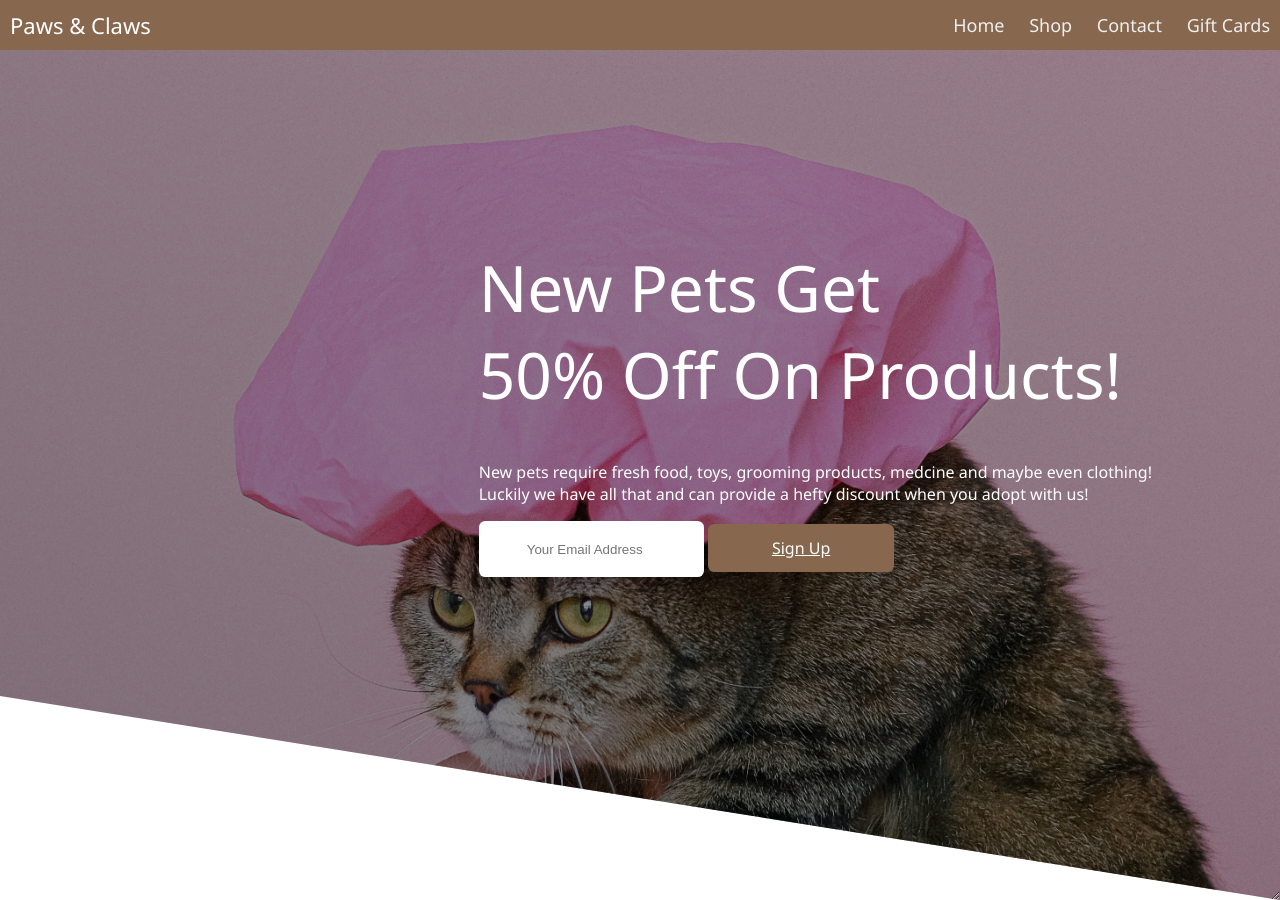
Repository: LtGriff/petProject
Page: dist/about.html
These files come from the project's save history. The page is drawn as it stood at one moment and after the next save; the edit follows.
The browser window is 1280 px wide. The pictures show the whole page.
Backgrounds fixed to the window are drawn as part of the page.

Above is the page before, as saved 2022-05-19 08:01:25.

### dist/about.html
<!DOCTYPE html>
<html lang="en">
<head>
    <meta charset="UTF-8">
    <meta http-equiv="X-UA-Compatible" content="IE=edge">
    <meta name="viewport" content="width=device-width, initial-scale=1.0">
    <link rel="stylesheet" type="text/css" href="../CSS/about.css">
    <title>About the Animal House</title>
</head>
<body>
<!-------------NAV***************BAR----------------------->

    <div class="nav">
        <input type="checkbox" id="nav-check">
        <div class="nav-header">
          <div class="nav-title">
            Paws & Claws
          </div>
        </div>
        <div class="nav-btn">
          <label for="nav-check">
            <span></span>
            <span></span>
            <span></span>
          </label>
        </div>

        <div class="nav-links">
          <a href="index.html" target="">Home</a>
          <a href="shop.html" target="_blank">Shop</a>
          <a href="contact.html" target="_blank">Contact</a>
          <a href="giftcard.html" target="_blank">Gift Cards</a>
        </div>
      </div>

    <!-------------NAV*******BAR********END----------------------->


 <!------------------HEADER*******SECTION---------------------->


 <div class="dogfield"></div>

 <header id="header-section">
  <div class="header-text container">
      <h1>New Pets Get <br> 50%  Off On Products!</h1>
      <p>
         New pets require fresh food, toys, grooming products, medcine and maybe even clothing!<br> Luckily we have all that and can provide a hefty discount when you adopt with us!
      </p>
      <input id="userInput" type="email" placeholder="Your Email Address" required>
      <a class="cta" href="#">Sign Up</a>
      <p id="error">Please provide a valid email address</p>
  </div>
</header>










</body>
</html>

### dist/CSS/about.css
/** NAV BAR **/

* {
    box-sizing: border-box;
  }

  body {
    margin: 0px;
    font-family: 'segoe ui';
  }

  .nav {
    height: 50px;
    width: 100%;
    background-color: #87684e;

  /**
    opacity: .5;
    filter: alpha(opacity=50);
    position: relative;**/
    /* z-index: ; */


    box-shadow:
    0 2.8px 2.2px rgba(0, 0, 0, 0.034),
    0 6.7px 5.3px rgba(0, 0, 0, 0.048),
    0 12.5px 10px rgba(0, 0, 0, 0.06),
    0 22.3px 17.9px rgba(11, 4, 4, 0.072),
    0 41.8px 33.4px rgba(0, 0, 0, 0.086),
    0 100px 80px rgba(0, 0, 0, 0.12);
  }

  .nav > .nav-header {
    display: inline;
  }

  .nav > .nav-header > .nav-title {
    display: inline-block;
    font-size: 22px;
    color: #fff;
    padding: 10px 10px 10px 10px;
  }

  .nav > .nav-btn {
    display: none;
  }

  .nav > .nav-links {
    display: inline;
    float: right;
    z-index: 9;
    font-size: 18px;
  }

  .nav > .nav-links > a {
    display: inline-block;
    padding: 13px 10px 13px 10px;
    text-decoration: none;
    color: #efefef;
  }

  .nav > .nav-links > a:hover {
    background-color: rgba(0, 0, 0, 0.3);
  }

  .nav > #nav-check {
    display: none;
  }


 /** HEADER SECTION **/

#header-section{
    height: 90vh;
    background-image: linear-gradient(
        to left bottom,
        rgba(0, 0, 0, 0.4),
        rgba(0, 0, 0, 0.5)),
    url("../img/catpink.jpg");
    background-attachment: fixed;
    background-size: cover;
    background-repeat: no-repeat;
    width:auto;
    height: 850px;
    resize: both;
    overflow: scroll;
    clip-path: polygon(0% 0%,100% 0%,100% 100%,0% 76%);

  }



  .header-text {
    position: absolute;
    top: 28%;
    right: 10%;
    color: #ffffff;
  }

  .header-text h1 {
    font-size: 4rem;
    font-weight: 500;
  }

  .header-text p {
    margin-bottom: 1rem;
  }

  #header-section input {
    width: 225px;
    height: 3.5rem;
    border-radius: 0.4rem;
    border: none;
    padding: 0.5rem 3rem;
  }

  .cta {
    background-color: #87684e;
    padding: 0.8rem 4rem;
    border-radius: 0.4rem;
    color: #fff;
    font-weight: 400;
  }

  .cta:hover {
    transform: translateY(-3px);
    box-shadow: 0 1rem 2rem rgba(0, 0, 0, .2);
  }

  .cta:active {
    transform: translateY(-1px);
    box-shadow: 0 .5rem 1rem rgba(0, 0, 0, .2);
  }

  .cta::after {
    content: "";
    display: inline-block;
    height: 100%;
    width: 100%;
    border-radius: 10rem;
    position: absolute;
    top: 0;
    left: 0;
    z-index: -1;
    transition: all .4s;
  }

  .cta:hover::after {
    transform: scaleX(1.4) scaleY(1.6);
    opacity: 0;
  }

  #error {
    color: red;
    font-weight: 600;
    display: none;
    margin-top: 1rem;
    transition: all 0.5s ease-in;
  }

@media (max-width:600px) {
    .nav > .nav-btn {
      display: inline-block;
      position: absolute;
      right: 0px;
      top: 0px;
    }
    .nav > .nav-btn > label {
      display: inline-block;
      width: 50px;
      height: 50px;
      padding: 13px;
    }
    .nav > .nav-btn > label:hover,.nav  #nav-check:checked ~ .nav-btn > label {
      background-color: rgba(0, 0, 0, 0.3);
    }
    .nav > .nav-btn > label > span {
      display: block;
      width: 25px;
      height: 10px;
      border-top: 2px solid #eee;
    }
    .nav > .nav-links {
      position: absolute;
      display: block;
      width: 100%;
      background: rgb(234,212,189);
      background: linear-gradient(7deg, rgba(234,212,189,1) 0%, rgba(204,175,140,1) 24%, rgba(191,161,124,1) 64%, rgba(135,104,78,1) 98%);
      height: 0px;
      transition: all 0.3s ease-in;
      overflow-y: hidden;
      top: 50px;
      left: 0px;
    }
    .nav > .nav-links > a {
      display: block;
      width: 100%;
    }
    .nav > #nav-check:not(:checked) ~ .nav-links {
      height: 0px;
    }
    .nav > #nav-check:checked ~ .nav-links {
      height: calc(28vh - 50px);
      overflow-y: auto;
    }

  }

After the next save:
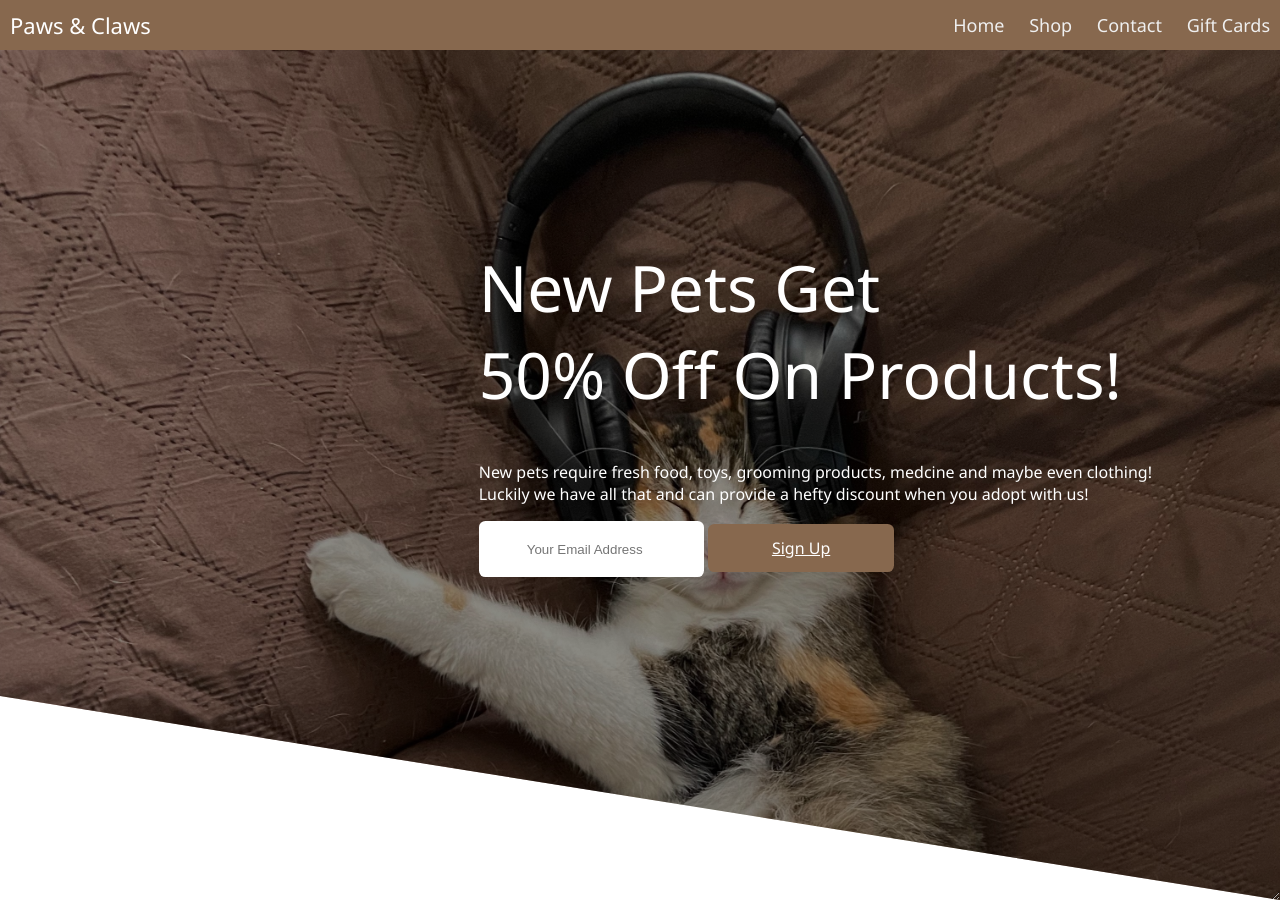
Saved 14 s later.
--- a/dist/CSS/about.css
+++ b/dist/CSS/about.css
@@ -76,7 +76,7 @@
         to left bottom,
         rgba(0, 0, 0, 0.4),
         rgba(0, 0, 0, 0.5)),
-    url("../img/catpink.jpg");
+    url("../img/catsleep.jpg");
     background-attachment: fixed;
     background-size: cover;
     background-repeat: no-repeat;
